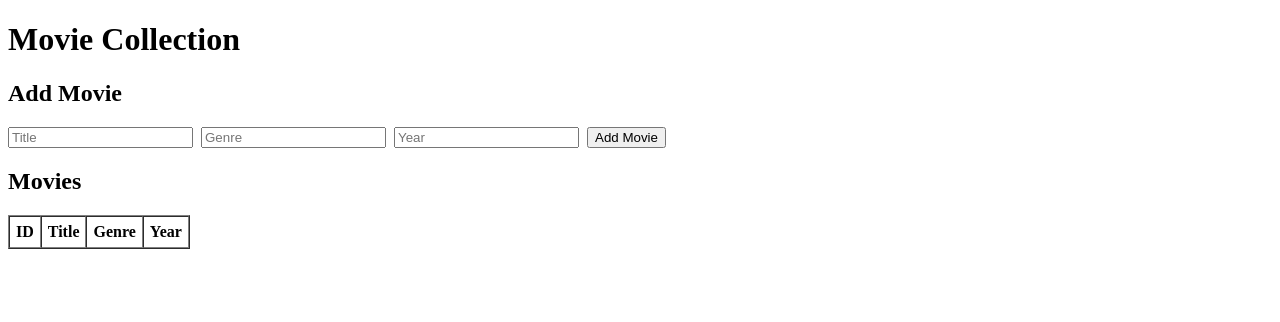
Repository: sodiumbicarbonate-29/manondo-dinneshnicole-movie-api
Page: index.html
The author's editor kept a copy of each file at every save. The page is drawn from the files as they stood at one save, then again after the next save.
The browser window is 1280 px wide. The pictures show the whole page.
The page's requests for data from a server got no answer.

Above is the page before, as saved 2026-09-17 18:25:42.

### index.html
<!DOCTYPE html>
<html lang="en">
<head>
    <meta charset="UTF-8">
    <meta name="viewport" content="width=device-width, initial-scale=1.0">
    <title>Movie Collection</title>
    <style>
        .form-row { display: flex; gap: 8px; }
    </style>
</head>
<body>
    <h1>Movie Collection</h1>
    <h2>Add Movie</h2>
    <div class="form-row">
        <input type="text" id="title" placeholder="Title" />
        <input type="text" id="genre" placeholder="Genre" />
        <input type="number" id="year" placeholder="Year" />
        <button onclick="addMovie()">Add Movie</button>
    </div>
    <p id="message"></p>

    <h2>Movies</h2>
    <table id="movies-table" border="1" cellpadding="6" cellspacing="0">
        <thead>
            <tr>
                <th>ID</th>
                <th>Title</th>
                <th>Genre</th>
                <th>Year</th>
            </tr>
        </thead>
        <tbody id="movies-body"></tbody>
    </table>

    <script>
        async function loadMovies() {
            const res = await fetch('/api/movies')
            const movies = await res.json()
            const tbody = document.getElementById('movies-body')
            tbody.innerHTML = movies.map(m =>
                `<tr><td>${m.id}</td><td>${m.title}</td><td>${m.genre}</td><td>${m.year}</td></tr>`
            ).join('')
        }

        async function addMovie() {
            const title = document.getElementById('title').value
            const genre = document.getElementById('genre').value
            const year = Number(document.getElementById('year').value)

            const res = await fetch('/api/movies', {
                method: 'POST',
                headers: { 'Content-Type': 'application/json' },
                body: JSON.stringify({ title, genre, year })
            })

            const data = await res.json()
            document.getElementById('message').textContent = data.message
            loadMovies()
        }

        loadMovies()
    </script>
</body>
</html>

After the next save:
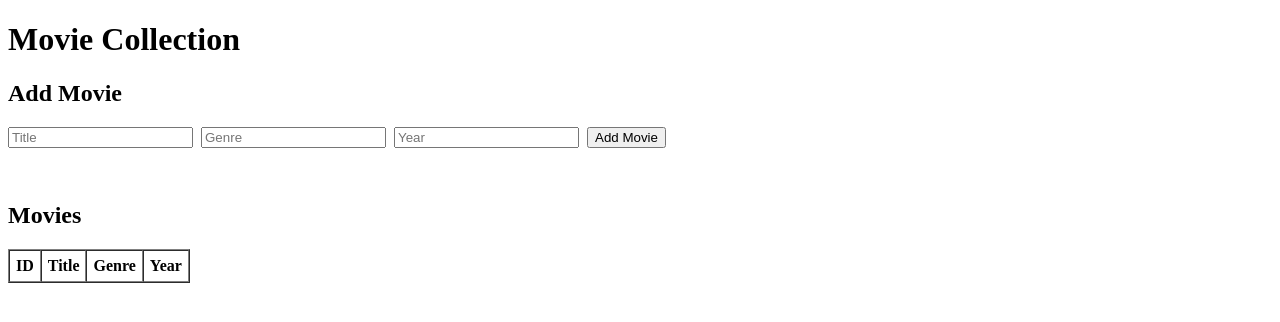
Saved 88 s later.
--- a/index.html
+++ b/index.html
@@ -18,8 +18,9 @@
         <button onclick="addMovie()">Add Movie</button>
     </div>
     <p id="message"></p>
+    <br>
+    <h2>Movies</h2>
 
-    <h2>Movies</h2>
     <table id="movies-table" border="1" cellpadding="6" cellspacing="0">
         <thead>
             <tr>
@@ -31,6 +32,7 @@
         </thead>
         <tbody id="movies-body"></tbody>
     </table>
+
 
     <script>
         async function loadMovies() {

After the save that followed:
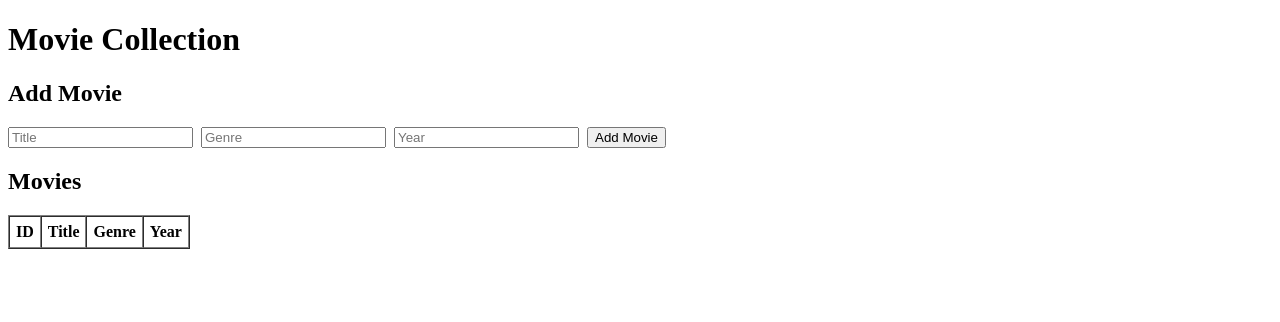
Saved 7 s later.
--- a/index.html
+++ b/index.html
@@ -18,7 +18,6 @@
         <button onclick="addMovie()">Add Movie</button>
     </div>
     <p id="message"></p>
-    <br>
     <h2>Movies</h2>
 
     <table id="movies-table" border="1" cellpadding="6" cellspacing="0">
